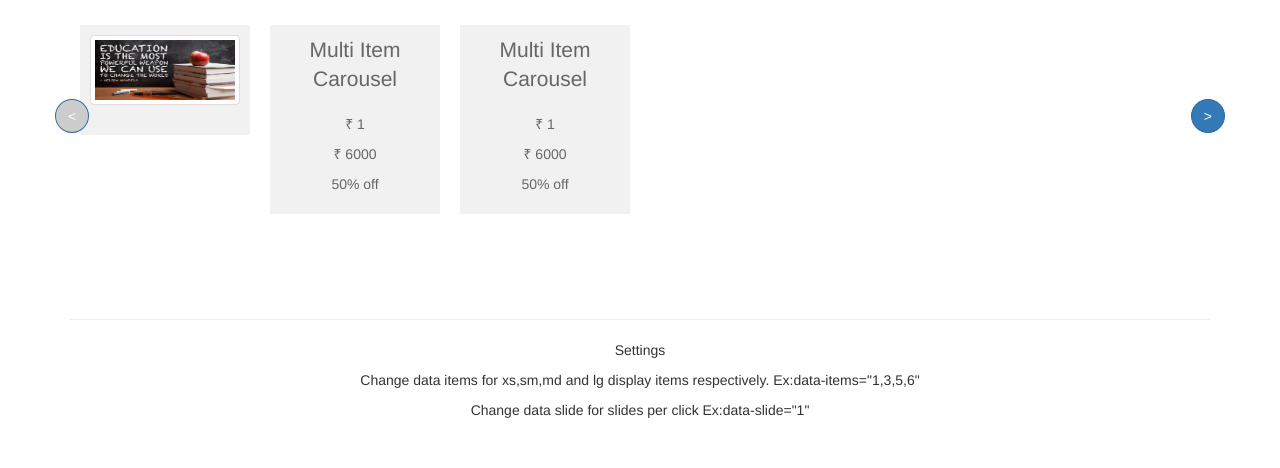
Repository: isranivishal/TsecCodestorm
Page: slider.html
These files come from the project's save history. The page is drawn as it stood at one moment and after the next save; the edit follows.
The browser window is 1280 px wide. The pictures show the whole page.
Some web libraries are served in a nearby version.

Above is the page before, as saved 2018-09-21 18:43:32.

### slider.html
<!Doctype HTML>
<html>
    <head>
            <link rel="stylesheet" href="https://maxcdn.bootstrapcdn.com/bootstrap/3.3.7/css/bootstrap.min.css">
            <script src="https://ajax.googleapis.com/ajax/libs/jquery/3.3.1/jquery.min.js"></script>
            <script src="https://maxcdn.bootstrapcdn.com/bootstrap/3.3.7/js/bootstrap.min.js"></script>
            <link rel="stylesheet" href="https://cdnjs.cloudflare.com/ajax/libs/animate.css/3.5.2/animate.min.css">
            <link href="//maxcdn.bootstrapcdn.com/bootstrap/3.3.0/css/bootstrap.min.css" rel="stylesheet" id="bootstrap-css">
            <script src="//maxcdn.bootstrapcdn.com/bootstrap/3.3.0/js/bootstrap.min.js"></script>
            <script src="//code.jquery.com/jquery-1.11.1.min.js"></script>


            <style>
                .MultiCarousel { float: left; overflow: hidden; padding: 15px; width: 100%; position:relative; }
    .MultiCarousel .MultiCarousel-inner { transition: 1s ease all; float: left; }
        .MultiCarousel .MultiCarousel-inner .item { float: left;}
        .MultiCarousel .MultiCarousel-inner .item > div { text-align: center; padding:10px; margin:10px; background:#f1f1f1; color:#666;}
    .MultiCarousel .leftLst, .MultiCarousel .rightLst { position:absolute; border-radius:50%;top:calc(50% - 20px); }
    .MultiCarousel .leftLst { left:0; }
    .MultiCarousel .rightLst { right:0; }

        .MultiCarousel .leftLst.over, .MultiCarousel .rightLst.over { pointer-events: none; background:#ccc; }
            </style>


        <script>
            $(document).ready(function () {
    var itemsMainDiv = ('.MultiCarousel');
    var itemsDiv = ('.MultiCarousel-inner');
    var itemWidth = "";

    $('.leftLst, .rightLst').click(function () {
        var condition = $(this).hasClass("leftLst");
        if (condition)
            click(0, this);
        else
            click(1, this)
    });

    ResCarouselSize();




    $(window).resize(function () {
        ResCarouselSize();
    });

    //this function define the size of the items
    function ResCarouselSize() {
        var incno = 0;
        var dataItems = ("data-items");
        var itemClass = ('.item');
        var id = 0;
        var btnParentSb = '';
        var itemsSplit = '';
        var sampwidth = $(itemsMainDiv).width();
        var bodyWidth = $('body').width();
        $(itemsDiv).each(function () {
            id = id + 1;
            var itemNumbers = $(this).find(itemClass).length;
            btnParentSb = $(this).parent().attr(dataItems);
            itemsSplit = btnParentSb.split(',');
            $(this).parent().attr("id", "MultiCarousel" + id);


            if (bodyWidth >= 1200) {
                incno = itemsSplit[3];
                itemWidth = sampwidth / incno;
            }
            else if (bodyWidth >= 992) {
                incno = itemsSplit[2];
                itemWidth = sampwidth / incno;
            }
            else if (bodyWidth >= 768) {
                incno = itemsSplit[1];
                itemWidth = sampwidth / incno;
            }
            else {
                incno = itemsSplit[0];
                itemWidth = sampwidth / incno;
            }
            $(this).css({ 'transform': 'translateX(0px)', 'width': itemWidth * itemNumbers });
            $(this).find(itemClass).each(function () {
                $(this).outerWidth(itemWidth);
            });

            $(".leftLst").addClass("over");
            $(".rightLst").removeClass("over");

        });
    }


    //this function used to move the items
    function ResCarousel(e, el, s) {
        var leftBtn = ('.leftLst');
        var rightBtn = ('.rightLst');
        var translateXval = '';
        var divStyle = $(el + ' ' + itemsDiv).css('transform');
        var values = divStyle.match(/-?[\d\.]+/g);
        var xds = Math.abs(values[4]);
        if (e == 0) {
            translateXval = parseInt(xds) - parseInt(itemWidth * s);
            $(el + ' ' + rightBtn).removeClass("over");

            if (translateXval <= itemWidth / 2) {
                translateXval = 0;
                $(el + ' ' + leftBtn).addClass("over");
            }
        }
        else if (e == 1) {
            var itemsCondition = $(el).find(itemsDiv).width() - $(el).width();
            translateXval = parseInt(xds) + parseInt(itemWidth * s);
            $(el + ' ' + leftBtn).removeClass("over");

            if (translateXval >= itemsCondition - itemWidth / 2) {
                translateXval = itemsCondition;
                $(el + ' ' + rightBtn).addClass("over");
            }
        }
        $(el + ' ' + itemsDiv).css('transform', 'translateX(' + -translateXval + 'px)');
    }

    //It is used to get some elements from btn
    function click(ell, ee) {
        var Parent = "#" + $(ee).parent().attr("id");
        var slide = $(Parent).attr("data-slide");
        ResCarousel(ell, Parent, slide);
    }

});
        </script>
    </head>

    <body>

            <div class="container">
                    <div class="row">
                        <div class="MultiCarousel" data-items="1,3,5,6" data-slide="1" id="MultiCarousel"  data-interval="1000">
                            <div class="MultiCarousel-inner">
                                <div class="item">
                                    <div class="pad15">
                                        <div class="thumbnail">
                                            <a href="california.jpg">
                                                <img src="education.jpg" alt="California" style="width:100%;height:60px;">
                                            </a>
                                        </div>
                                    </div>
                                </div>

                                <div class="item">
                                    <div class="pad15">
                                        <p class="lead">Multi Item Carousel</p>
                                        <p>₹ 1</p>
                                        <p>₹ 6000</p>
                                        <p>50% off</p>
                                    </div>
                                </div>


                                <div class="item">
                                    <div class="pad15">
                                        <p class="lead">Multi Item Carousel</p>
                                        <p>₹ 1</p>
                                        <p>₹ 6000</p>
                                        <p>50% off</p>
                                    </div>
                                </div>
                            </div>
                            <button class="btn btn-primary leftLst"><</button>
                            <button class="btn btn-primary rightLst">></button>
                        </div>
                    </div>
                    <div class="row">
                        <div class="col-md-12 text-center">
                            <br/><br/><br/>
                            <hr/>
                            <p>Settings</p>
                            <p>Change data items for xs,sm,md and lg display items respectively. Ex:data-items="1,3,5,6"</p>
                            <p>Change data slide for slides per click Ex:data-slide="1"</p>
                        </div>
                    </div>
                </div>
    </body>
</html>

After the next save:
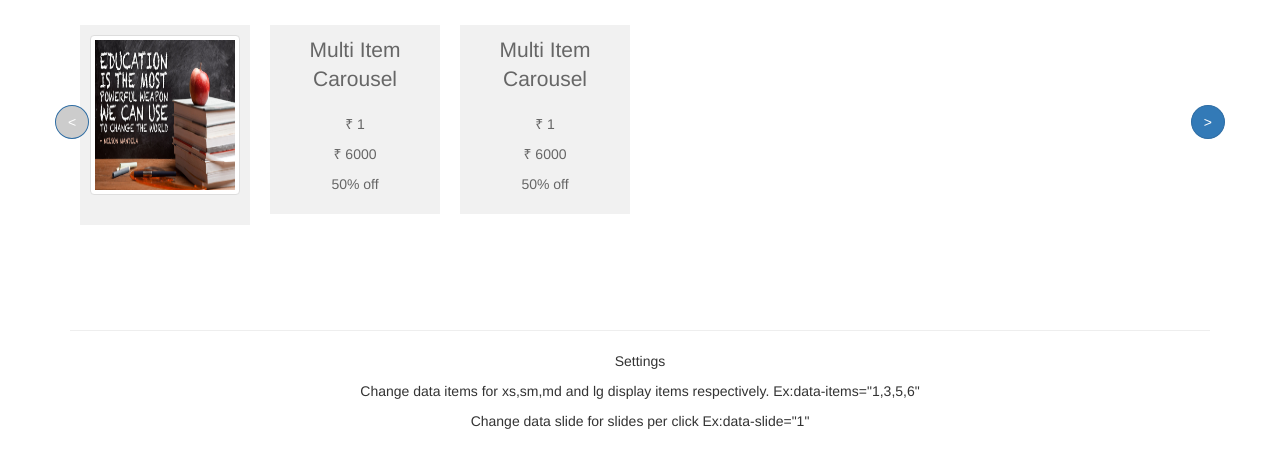
Saved 15 s later.
--- a/slider.html
+++ b/slider.html
@@ -143,7 +143,7 @@
                                     <div class="pad15">
                                         <div class="thumbnail">
                                             <a href="california.jpg">
-                                                <img src="education.jpg" alt="California" style="width:100%;height:60px;">
+                                                <img src="education.jpg" alt="California" style="width:100%;height:150px;">
                                             </a>
                                         </div>
                                     </div>
